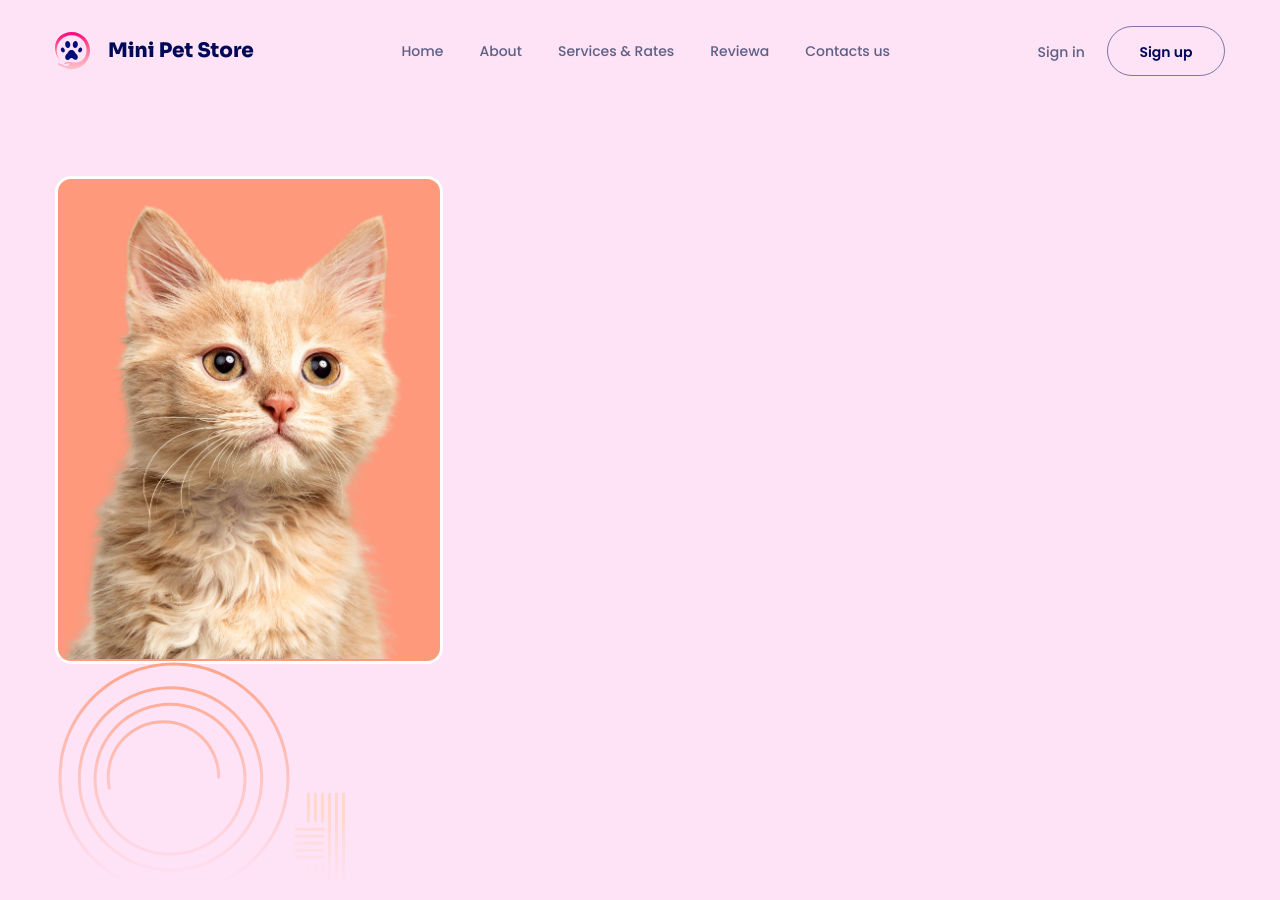
Repository: Tran-Dat/ASM-HTML5-F8-04
Page: index.html
An editor plug-in stored every save of this project. The page is shown before and after the next save, followed by the edit.
The browser window is 1280 px wide. The pictures show the whole page.

Above is the page before, as saved 2023-06-12 15:56:04.

### index.html
<!DOCTYPE html>
<html lang="en">
    <head>
        <meta charset="UTF-8" />
        <meta name="viewport" content="width=device-width, initial-scale=1.0" />
        <title>PS27621-TranTanDat-ASM</title>

        <!-- favicon -->
        <link
            rel="apple-touch-icon"
            sizes="57x57"
            href="./assets/favicon/apple-icon-57x57.png"
        />
        <link
            rel="apple-touch-icon"
            sizes="60x60"
            href="./assets/favicon/apple-icon-60x60.png"
        />
        <link
            rel="apple-touch-icon"
            sizes="72x72"
            href="./assets/favicon/apple-icon-72x72.png"
        />
        <link
            rel="apple-touch-icon"
            sizes="76x76"
            href="./assets/favicon/apple-icon-76x76.png"
        />
        <link
            rel="apple-touch-icon"
            sizes="114x114"
            href="./assets/favicon/apple-icon-114x114.png"
        />
        <link
            rel="apple-touch-icon"
            sizes="120x120"
            href="./assets/favicon/apple-icon-120x120.png"
        />
        <link
            rel="apple-touch-icon"
            sizes="144x144"
            href="./assets/favicon/apple-icon-144x144.png"
        />
        <link
            rel="apple-touch-icon"
            sizes="152x152"
            href="./assets/favicon/apple-icon-152x152.png"
        />
        <link
            rel="apple-touch-icon"
            sizes="180x180"
            href="./assets/favicon/apple-icon-180x180.png"
        />
        <link
            rel="icon"
            type="image/png"
            sizes="192x192"
            href="./assets/favicon/android-icon-192x192.png"
        />
        <link
            rel="icon"
            type="image/png"
            sizes="32x32"
            href="./assets/favicon/favicon-32x32.png"
        />
        <link
            rel="icon"
            type="image/png"
            sizes="96x96"
            href="./assets/favicon/favicon-96x96.png"
        />
        <link
            rel="icon"
            type="image/png"
            sizes="16x16"
            href="./assets/favicon/favicon-16x16.png"
        />
        <link rel="manifest" href="./assets/favicon/manifest.json" />
        <meta name="msapplication-TileColor" content="#ffffff" />
        <meta
            name="msapplication-TileImage"
            content="./assets/favicon/ms-icon-144x144.png"
        />
        <meta name="theme-color" content="#ffffff" />

        <!-- reset css -->
        <link rel="stylesheet" href="./assets/css/reset.css" />

        <!-- Font gg -->
        <link rel="preconnect" href="https://fonts.googleapis.com" />
        <link rel="preconnect" href="https://fonts.gstatic.com" crossorigin />
        <link
            href="https://fonts.googleapis.com/css2?family=Poppins:wght@300;400;500;600&family=Sora:wght@600;700;800&display=swap"
            rel="stylesheet"
        />

        <!-- styles css -->
        <link rel="stylesheet" href="./assets/css/styles.css" />
    </head>
    <body>
        <!-- Header -->
        <header class="header">
            <div class="container">
                <div class="header__inner">
                    <!-- Logo -->
                    <div class="header-logo">
                        <img src="./assets/img/logo.svg" alt="" class="logo" />
                        <h1 class="header-logo__title">
                            <a href="#!">Mini Pet Store</a>
                        </h1>
                    </div>

                    <!-- navbar -->
                    <nav class="navbar">
                        <ul class="navbar__list">
                            <li class="navbar__item">
                                <a href="#" class="navbar__link">Home</a>
                            </li>
                            <li class="navbar__item">
                                <a href="#" class="navbar__link">About</a>
                            </li>
                            <li class="navbar__item">
                                <a href="#" class="navbar__link"
                                    >Services & Rates</a
                                >
                            </li>
                            <li class="navbar__item">
                                <a href="#" class="navbar__link">Reviewa</a>
                            </li>
                            <li class="navbar__item">
                                <a href="#" class="navbar__link">Contacts us</a>
                            </li>
                        </ul>
                    </nav>

                    <!-- header action -->
                    <div class="header-action">
                        <a href="" class="header-action__link">Sign in</a>
                        <a href="" class="btn header-action__btn">Sign up</a>
                    </div>
                </div>
            </div>
        </header>

        <!-- Hero -->
        <section class="hero">
            <div class="container">
                <div class="hero__inner">
                    <!-- hero media -->
                    <div class="hero__media">
                        <div class="hero__img-wrap">
                            <img
                                src="./assets/img/pet-01.png"
                                alt=""
                                class="hero__img"
                            />

                            <!-- Decorators -->
                            <img
                                src="./assets/img/decor-01.svg"
                                alt=""
                                class="hero__decor"
                            />
                            <img
                                src="./assets/img/decor-02.svg"
                                alt=""
                                class="hero__decor"
                            />
                        </div>
                    </div>

                    <!-- hero content -->
                    <section class="hero__content"></section>
                </div>
            </div>
        </section>
    </body>
</html>

### assets/css/styles.css
* {
    box-sizing: border-box;
}

html {
    font-size: 62.5%;
}

body {
    font-size: 1.6rem;
    font-family: "Poppins", sans-serif;
    background: #fee2f6;
}

/* ============================ common ============================ */

a {
    text-decoration: none;
}

h1,
h2,
h3,
h4,
h5,
h6 {
    font-family: "Sora", sans-serif;
}

input,
textarea,
select,
button {
    font-size: inherit;
    font-family: inherit;
}

.container {
    width: 1170px;
    max-width: calc(100% - 48px);
    margin: 0 auto;
}

.btn {
    --height: 56px;

    display: inline-block;
    min-width: 130px;
    height: var(--height);
    line-height: var(--height);
    border: 1px solid #00095880;
    border-radius: 99px;

    font-weight: 600;
    font-size: 1.4rem;

    text-align: center;
    color: #000958;
}

.btn:hover {
    opacity: 0.9;
}

/* =============== Header =============== */

.header {
    padding: 26px 0;
}

.header__inner {
    display: flex;
    align-items: center;
    justify-content: space-between;
}

.header-logo {
    display: flex;
    align-items: center;
}

.header-logo__title a {
    padding: 8px 18px;
    font-weight: 800;
    font-size: 20px;
    color: #000958;
}

.navbar__list {
    display: flex;
}

.navbar__link,
.header-action__link {
    padding: 8px 18px;
    font-weight: 500;
    font-size: 1.4rem;
    line-height: 1;
    color: #5e6085;
}

.navbar__link:hover {
    color: #000958;
    text-shadow: 1px 0 0 currentColor;
}

.header-action__btn {
    --height: 50px;

    min-width: 118px;
}

/* =============== Hero =============== */
.hero {
    margin-top: 74px;
}

.hero__inner {
    display: flex;
    align-items: center;
    justify-content: space-between;
}

.hero__img-wrap {
    width: 388px;
    height: 488px;
    background: #fe997b;
    border-radius: 16px;
    border: 3px solid #fff;
}

.hero__img {
    max-width: 100%;
    max-height: 100%;
}

Loaded but not shown: assets/css/reset.css (common file)

After the next save:
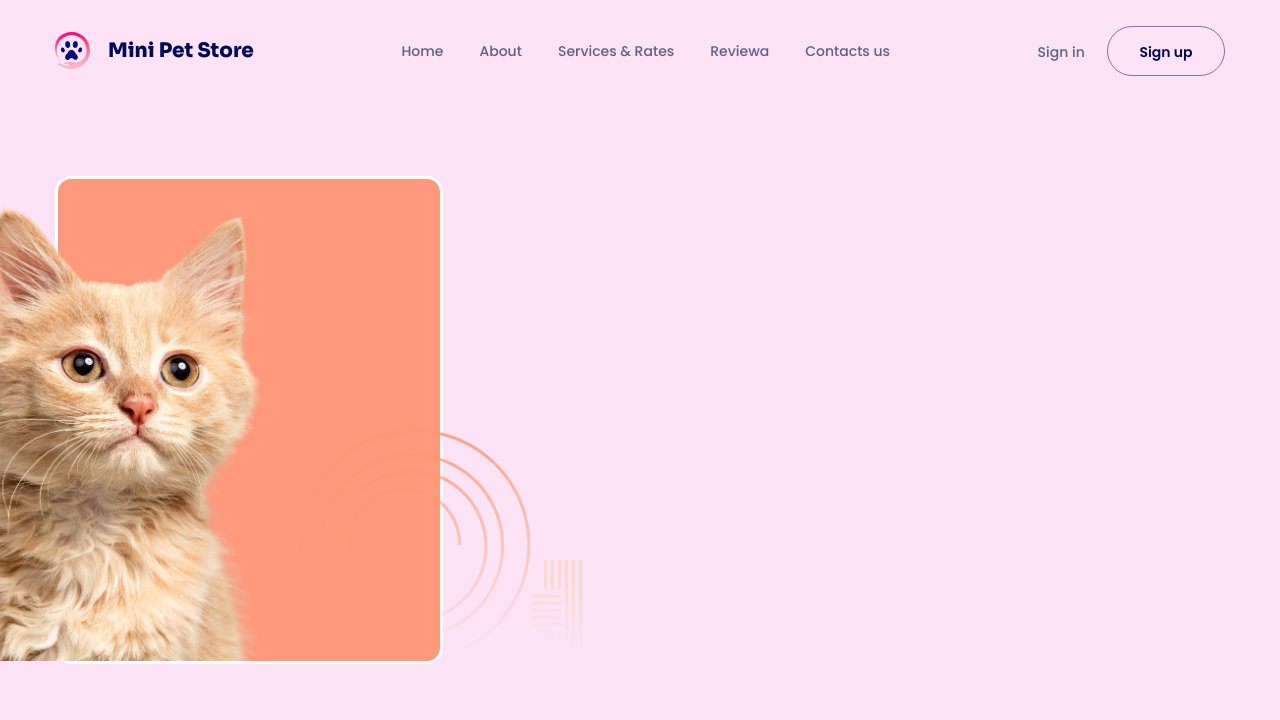
Saved 56 s later.
--- a/assets/css/styles.css
+++ b/assets/css/styles.css
@@ -122,6 +122,9 @@
 }
 
 .hero__img-wrap {
+    display: flex;
+    justify-content: center;
+    align-items: flex-end;
     width: 388px;
     height: 488px;
     background: #fe997b;
